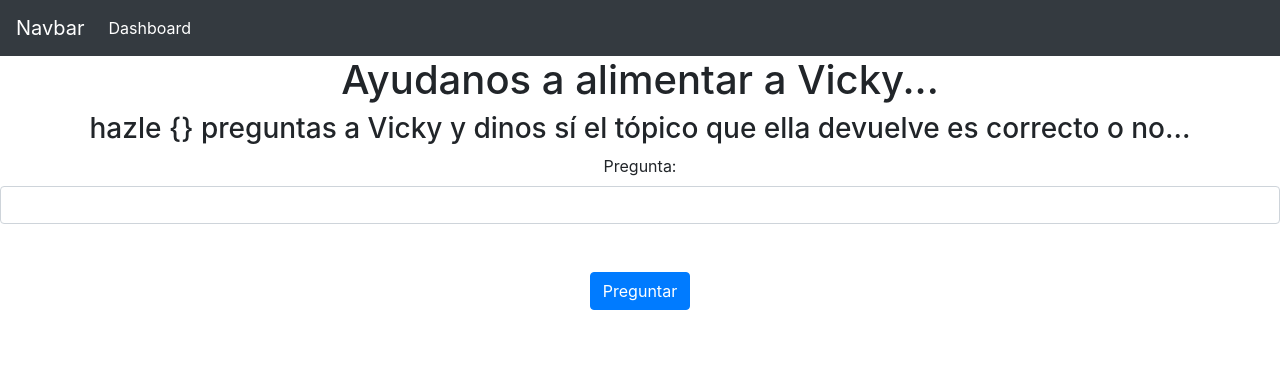
Repository: Crixtiancub/feedback_Vicky
Page: vicky/templates/dashboard.html
An editor plug-in stored every save of this project. The page is shown before and after the next save, followed by the edit.
The browser window is 1280 px wide. The pictures show the whole page.
The page is served by the project's application, run on Django 3.2 (manage.py). Other server files are loaded and not shown. The template is opened directly, without the code that normally fills it, so the values that code supplies are empty.

Above is the page before, as saved 2021-04-29 08:52:39.

### vicky/templates/dashboard.html
{% extends 'main.html' %}

{% block content %}

<center>
    <h1>Ayudanos a alimentar a Vicky...</h1>

    <h3>hazle {} preguntas a Vicky y dinos sí el tópico que ella
        devuelve es correcto o no...</h3>

    <form action="{% url 'home' %}">
        {% csrf_token%}
        <label for="txt_pregunta_Vicky">Pregunta:</label><br>

        <input type="text" id="txt_pregunta_Vicky"
        ame="pregunta_Vicky" class="form-control"
        aria-placeholder="preguntale a Vicky..."><br><br>

        <input type="submit" class="btn btn-primary" value="Preguntar">
    </form>

</center>

{% endblock %}

### vicky/templates/main.html
<!DOCTYPE html>
 <!-- Latest compiled and minified CSS -->
 <link rel="stylesheet" href="https://maxcdn.bootstrapcdn.com/bootstrap/4.5.2/css/bootstrap.min.css">

 <!-- jQuery library -->
 <script src="https://ajax.googleapis.com/ajax/libs/jquery/3.5.1/jquery.min.js"></script>

 <!-- Popper JS -->
 <script src="https://cdnjs.cloudflare.com/ajax/libs/popper.js/1.16.0/umd/popper.min.js"></script>

 <!-- Latest compiled JavaScript -->
 <script src="https://maxcdn.bootstrapcdn.com/bootstrap/4.5.2/js/bootstrap.min.js"></script>

<html>
    <head>
        <title>
            Prueba1
        </title>
    </head>
    <body>
        {% include 'navbar.html' %}

        {% block content %}

        {% endblock %}
    </body>
</html>

### vicky/templates/navbar.html
 <nav class="navbar navbar-expand-lg navbar-dark bg-dark">
    <a class="navbar-brand" href="#">Navbar</a>
    <button class="navbar-toggler" type="button" data-toggle="collapse" data-target="#navbarSupportedContent" aria-controls="navbarSupportedContent" aria-expanded="false" aria-label="Toggle navigation">
      <span class="navbar-toggler-icon"></span>
    </button>

    <div class="collapse navbar-collapse" id="navbarSupportedContent">
      <ul class="navbar-nav mr-auto">
        <li class="nav-item active">
          <a class="nav-link" href="{% url 'home' %}">Dashboard</a>
        </li>
        <!-- <li class="nav-item dropdown">
          <a class="nav-link dropdown-toggle" href="#" id="navbarDropdown" role="button" data-toggle="dropdown" aria-haspopup="true" aria-expanded="false">
            Dropdown
          </a>
          <div class="dropdown-menu" aria-labelledby="navbarDropdown">
            <a class="dropdown-item" href="#">Action</a>
            <a class="dropdown-item" href="#">Another action</a>
            <div class="dropdown-divider"></div>
            <a class="dropdown-item" href="#">Something else here</a>
          </div>
        </li>
        <li class="nav-item">
          <a class="nav-link disabled" href="#">Disabled</a>
        </li>
      </ul>
      <form class="form-inline my-2 my-lg-0">
        <input class="form-control mr-sm-2" type="search" placeholder="Search" aria-label="Search">
        <button class="btn btn-outline-success my-2 my-sm-0" type="submit">Search</button>
      </form> -->
    </div>
  </nav>

### prueba_Vicky/urls.py
"""prueba_Vicky URL Configuration

The `urlpatterns` list routes URLs to views. For more information please see:
    https://docs.djangoproject.com/en/3.2/topics/http/urls/
Examples:
Function views
    1. Add an import:  from my_app import views
    2. Add a URL to urlpatterns:  path('', views.home, name='home')
Class-based views
    1. Add an import:  from other_app.views import Home
    2. Add a URL to urlpatterns:  path('', Home.as_view(), name='home')
Including another URLconf
    1. Import the include() function: from django.urls import include, path
    2. Add a URL to urlpatterns:  path('blog/', include('blog.urls'))
"""
from django.contrib import admin
from django.urls import path, include

urlpatterns = [
    path('admin/', admin.site.urls),
    path('', include('vicky.urls'))
]

### vicky/urls.py
from django.urls import path
from . import views
from django.conf.urls import url


# Direccionamiento de las paginas
urlpatterns = [
    path(r'', views.home, name="home"),
]

After the next save:
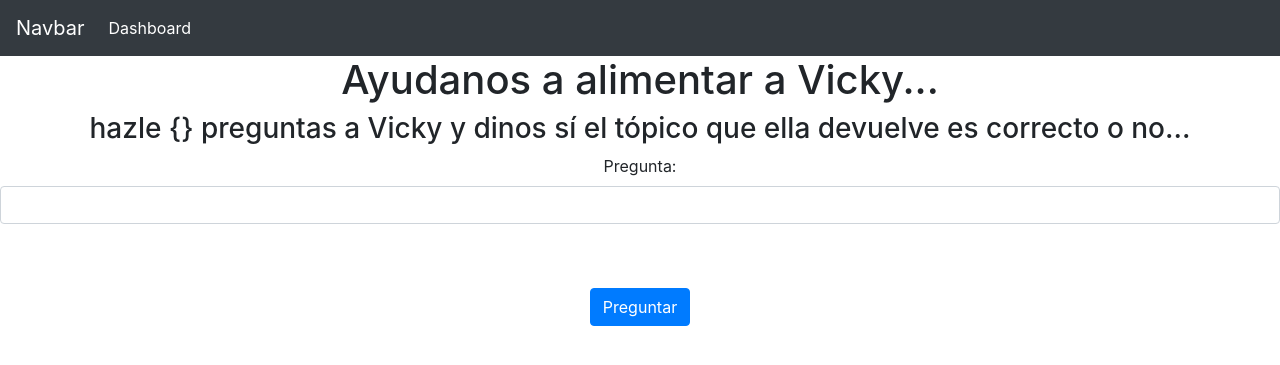
Saved 79 s later.
--- a/vicky/templates/dashboard.html
+++ b/vicky/templates/dashboard.html
@@ -10,11 +10,14 @@
 
     <form action="{% url 'home' %}">
         {% csrf_token%}
-        <label for="txt_pregunta_Vicky">Pregunta:</label><br>
 
-        <input type="text" id="txt_pregunta_Vicky"
-        ame="pregunta_Vicky" class="form-control"
-        aria-placeholder="preguntale a Vicky..."><br><br>
+        <div class="form-group">
+            <label for="txt_pregunta_Vicky">Pregunta:</label><br>
+
+            <input type="text" id="txt_pregunta_Vicky"
+            ame="pregunta_Vicky" class="form-control"
+            aria-placeholder="preguntale a Vicky..."><br><br>
+        </div>
 
         <input type="submit" class="btn btn-primary" value="Preguntar">
     </form>
